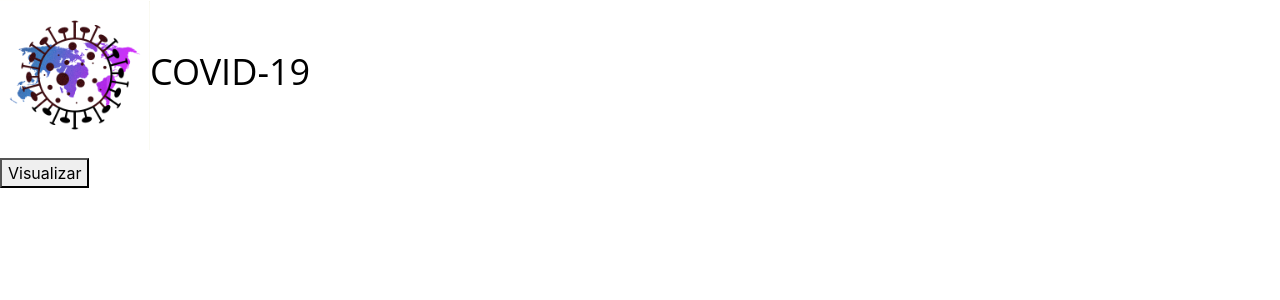
Repository: AndreyRi13/1erparcial1151804
Page: casos.html
These files come from the project's save history. The page is drawn as it stood at one moment and after the next save; the edit follows.
The browser window is 1280 px wide. The pictures show the whole page.

Above is the page before, as saved 2020-10-06 07:51:29.
Console error (its wording comes from the project's code and is left out).

### casos.html
<!DOCTYPE html>
<html lang="en">
<head>
    <meta charset="UTF-8">
    <meta name="viewport" content="width=device-width, initial-scale=1.0">
    <link rel="stylesheet" href="https://stackpath.bootstrapcdn.com/bootstrap/4.5.2/css/bootstrap.min.css" integrity="sha384-JcKb8q3iqJ61gNV9KGb8thSsNjpSL0n8PARn9HuZOnIxN0hoP+VmmDGMN5t9UJ0Z" crossorigin="anonymous">
    <script src="https://stackpath.bootstrapcdn.com/bootstrap/4.5.2/js/bootstrap.min.js" integrity="sha384-B4gt1jrGC7Jh4AgTPSdUtOBvfO8shuf57BaghqFfPlYxofvL8/KUEfYiJOMMV+rV" crossorigin="anonymous"></script>
    <title>COVID-19</title>
    <link rel='stylesheet' type='text/css' media='screen' href='/css/estilo.css'>
</head>
<body>

        <header>
        <H1><img src="/img/hiclipart.com.png" alt="logo" width="150" height="150">COVID-19</H1>
        </header>




        <div id="datosPersona"></div>


    <script type="text/javascript">
    $(document).ready(function(){
    var url="generarJSON2.php";
        $("#tablajson tbody").html("");
        $.getJSON(url,function(clientes){
        $.each(clientes, function(i,cliente){
            var newRow =
            "<tr>"
            +"<td>"+cliente.id+"</td>"
            +"<td>"+cliente.nombre+"</td>"
            +"<td>"+cliente.edad+"</td>"
            +"<td>"+cliente.genero+"</td>"
            +"<td>"+cliente.email+"</td>"
            +"<td>"+cliente.localidad+"</td>"
            +"<td>"+cliente.telefono+"</td>"
            +"<td>"+cliente.cantidad+"</td>"
            +"<td>"+cliente.precio+"</td>"
            +"<td>"+cliente.saldo+"</td>"
            +"<td>"+cliente.saldo_cum+"</td>"
            +"</tr>";
        $(newRow).appendTo("#tablajson tbody");

    });
    $("#tablasaldo tbody").html("");
    var newRow2 =
    "<tr>"
    +"<td>Total</td>"
    +"<td> </td>"
    +"<td> </td>"
    +"<td> </td>"
    +"<td> </td>"
    +"<td> </td>"
    +"<td> </td>"
    +"<td> </td>"
    +"<td> </td>"
    +"<td>"+cliente.saldo+"</td>"
    +"<td>"+cliente.saldo_cum+"</td>"
    +"</tr>";
    $(newRow2).appendTo("#tablasaldo tbody");
    });
    });
    </script>


        <button type="button" onclick="cargarDatos()">
        Visualizar
        </button>
      </body>
</html>

### css/estilo.css
h1 {
    font-size: 36px;
    color: #000;
    font-family: 'Open Sans';
    }
    #button {
        background-color: #ccc;
        color: #fff;
        width: 100px;
        padding: 20px;
        border: 1px solid #000;
        border-radius: 5px;
        }

After the next save:
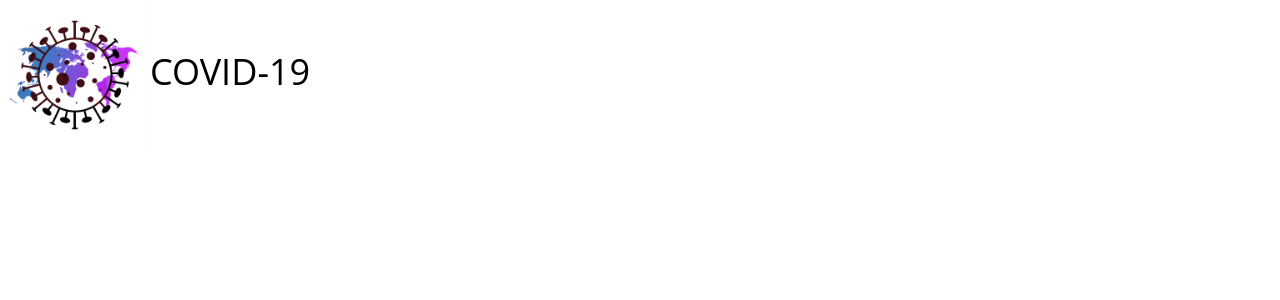
Saved 11 s later.
--- a/casos.html
+++ b/casos.html
@@ -64,8 +64,6 @@
     </script>
 
 
-        <button type="button" onclick="cargarDatos()">
-        Visualizar
-        </button>
+
       </body>
 </html>
